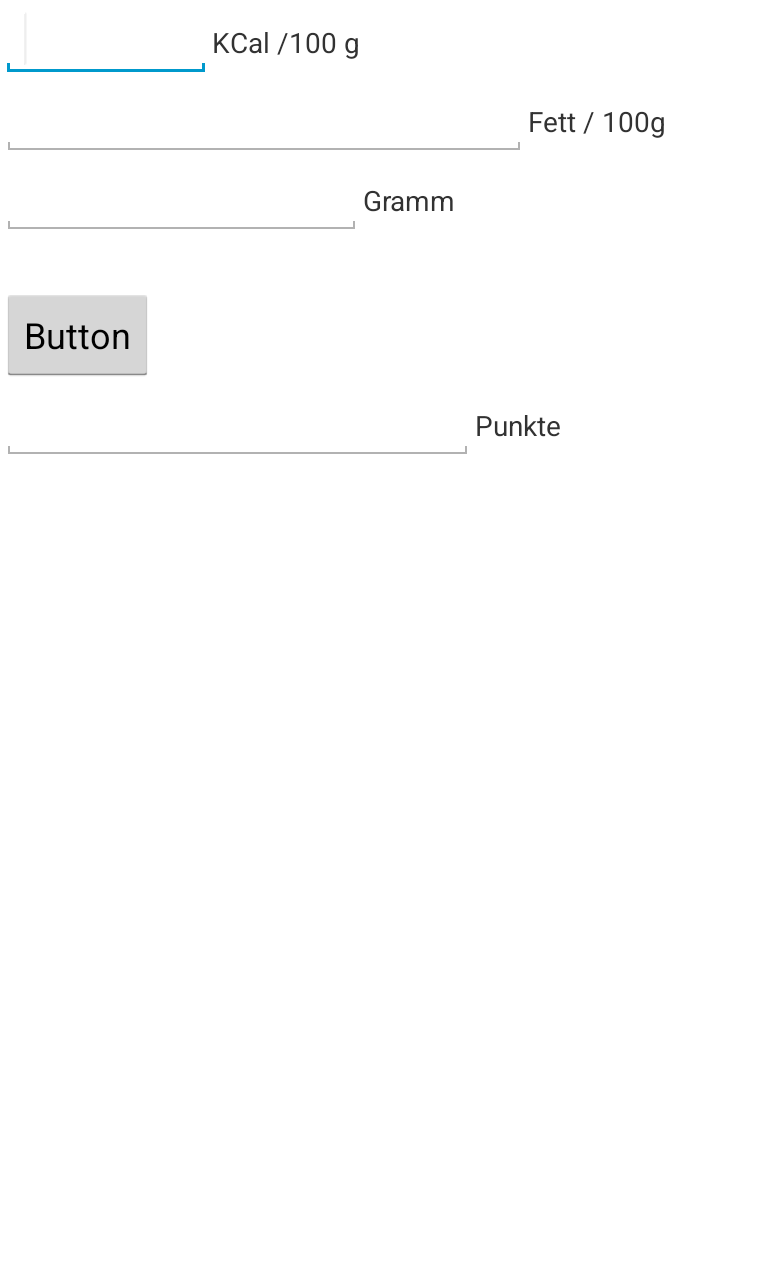
Repository: mikereckhaus/BineWatchers
Layout: BineWatchers/res/layout/calculator_layout.xml
An editor plug-in stored every save of this project. The layout is shown before and after the next save, followed by the edit.
It is drawn on a 768 x 1280 px phone screen (xhdpi) without system bars, with theme AppTheme; the app's code is not run.

Above is the layout before, as saved 2014-01-07 21:09:05.

### BineWatchers/res/layout/calculator_layout.xml
<?xml version="1.0" encoding="utf-8"?>
<LinearLayout xmlns:android="http://schemas.android.com/apk/res/android"
    android:layout_width="match_parent"
    android:layout_height="match_parent"
    android:orientation="vertical" >
        <LinearLayout
	            android:layout_width="wrap_content"
	            android:layout_height="wrap_content" >

	            <EditText
	                android:id="@+id/editTextKCal"
	                android:layout_width="106dp"
	                android:layout_height="wrap_content"
	                android:inputType="numberDecimal" >

	                <requestFocus />
	            </EditText>

	            <TextView
	                android:id="@+id/textView1"
	                android:layout_width="wrap_content"
	                android:layout_height="wrap_content"
	                android:layout_weight="1"
	                android:text="KCal /100 g" />
	        </LinearLayout>


        <LinearLayout
            android:layout_width="match_parent"
            android:layout_height="wrap_content" >

            <EditText
                android:id="@+id/editTextFat"
                android:layout_width="wrap_content"
                android:layout_height="wrap_content"
                android:layout_weight="4.68"
                android:inputType="numberDecimal" />

            <TextView
                android:id="@+id/textView2"
                android:layout_width="wrap_content"
                android:layout_height="wrap_content"
                android:layout_weight="1"
                android:text="Fett / 100g" />
        </LinearLayout>

        <LinearLayout
            android:layout_width="match_parent"
            android:layout_height="wrap_content" >

            <EditText
                android:id="@+id/editTextWeight"
                android:layout_width="wrap_content"
                android:layout_height="wrap_content"
                android:layout_weight="1"
                android:inputType="numberDecimal" />

            <TextView
                android:id="@+id/textView3"
                android:layout_width="wrap_content"
                android:layout_height="wrap_content"
                android:layout_weight="1"
                android:text="Gramm" />

        </LinearLayout>

        <Button
            android:id="@+id/buttonCalculate"
            android:layout_width="wrap_content"
            android:layout_height="wrap_content"
            android:layout_marginTop="25dp"
            android:text="Button" />

        <LinearLayout
            android:layout_width="match_parent"
            android:layout_height="wrap_content" >

            <EditText
                android:id="@+id/editTextPoints"
                android:layout_width="134dp"
                android:layout_height="wrap_content"
                android:layout_weight="1"
                android:ems="10"
                android:inputType="numberDecimal" />

            <TextView
                android:id="@+id/textView4"
                android:layout_width="wrap_content"
                android:layout_height="wrap_content"
                android:layout_weight="1"
                android:text="Punkte" />

        </LinearLayout>

</LinearLayout>

Loaded but not shown: BineWatchers/res/values/styles.xml (common file); BineWatchers/res/values-v11/styles.xml (common file); BineWatchers/res/values-v14/styles.xml (common file)

After the next save:
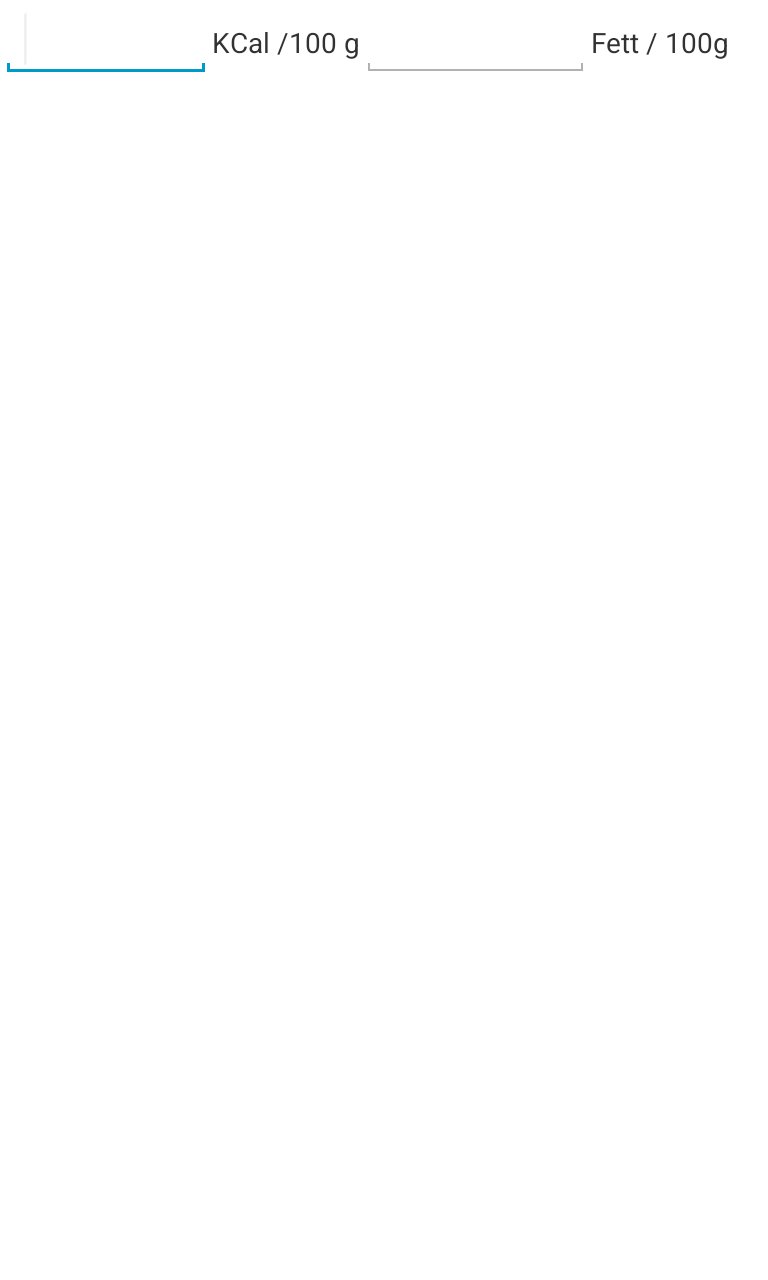
Saved 28 s later.
--- a/BineWatchers/res/layout/calculator_layout.xml
+++ b/BineWatchers/res/layout/calculator_layout.xml
@@ -1,8 +1,7 @@
 <?xml version="1.0" encoding="utf-8"?>
 <LinearLayout xmlns:android="http://schemas.android.com/apk/res/android"
     android:layout_width="match_parent"
-    android:layout_height="match_parent"
-    android:orientation="vertical" >
+    android:layout_height="match_parent">
         <LinearLayout
 	            android:layout_width="wrap_content"
 	            android:layout_height="wrap_content" >

After the 2 saves that followed:
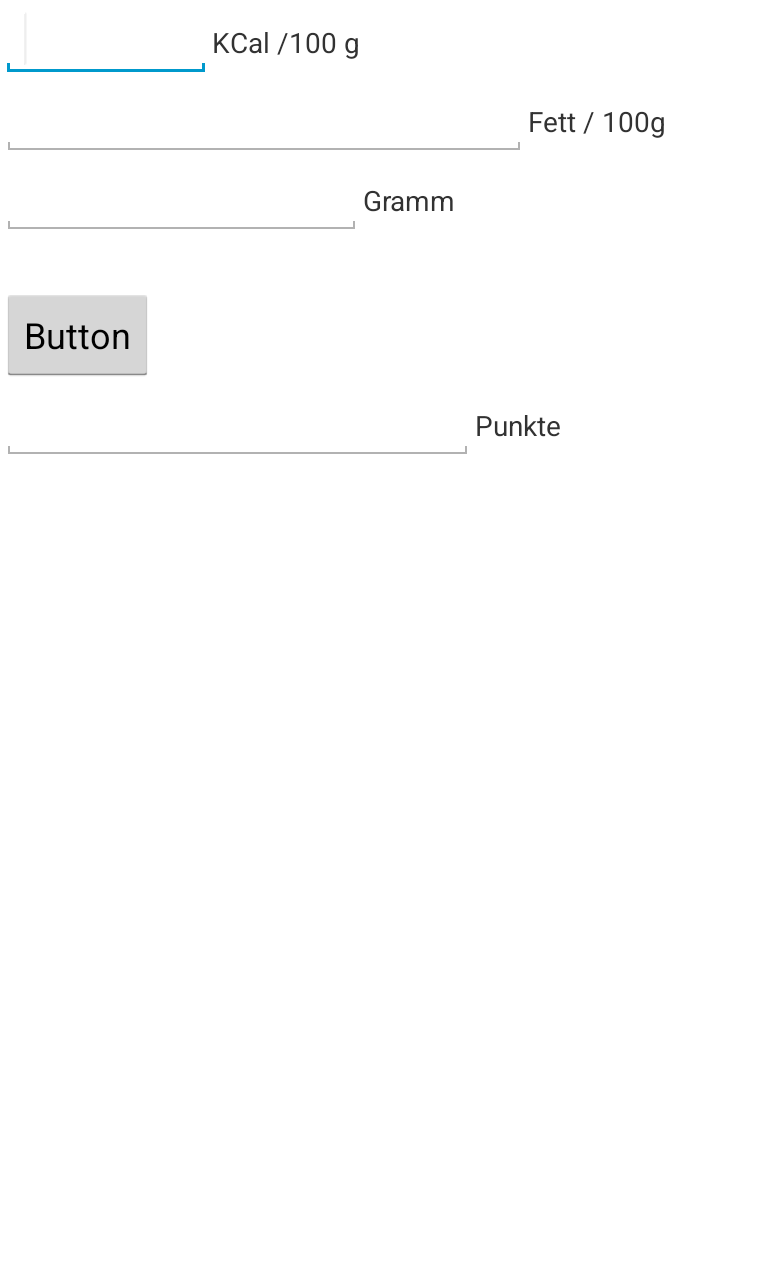
The 2 saves are shown as one change because 1 left the picture as it was.
The last was saved 13 s later.
--- a/BineWatchers/res/layout/calculator_layout.xml
+++ b/BineWatchers/res/layout/calculator_layout.xml
@@ -1,7 +1,8 @@
 <?xml version="1.0" encoding="utf-8"?>
 <LinearLayout xmlns:android="http://schemas.android.com/apk/res/android"
     android:layout_width="match_parent"
-    android:layout_height="match_parent">
+    android:layout_height="match_parent"
+    android:orientation="vertical" >
         <LinearLayout
 	            android:layout_width="wrap_content"
 	            android:layout_height="wrap_content" >
